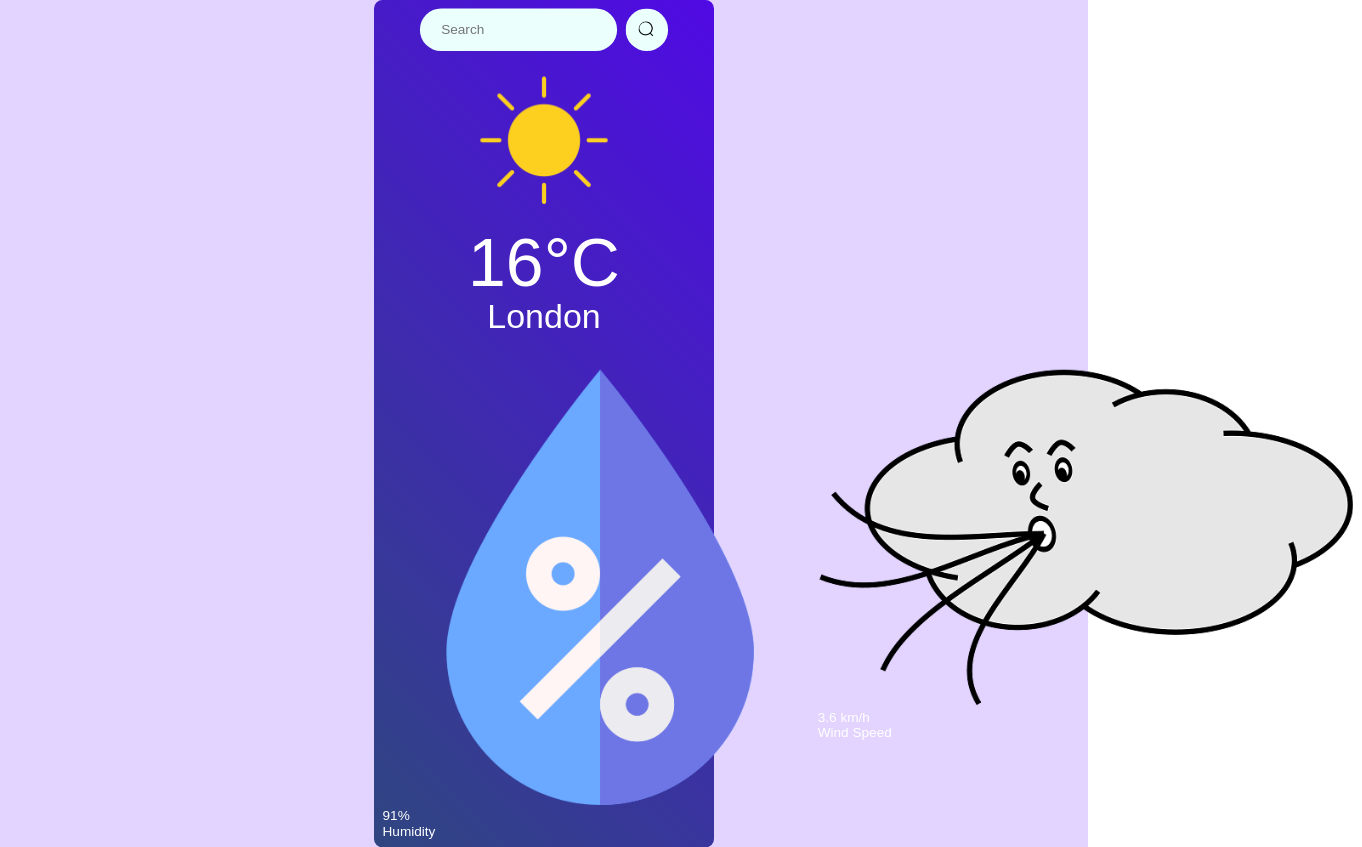
Repository: wakoya-tech/wheather-app
Page: /
An editor plug-in stored every save of this project. The page is shown before and after the next save, followed by the edit.
The browser window is 1280 px wide. The page is 1592 px wide, then 1602 px, so the pictures cover 1602 px, including what lies to the right of the window. The pictures show the whole page, at 85% of full size.
The project was rebuilt for these pictures with package versions that can differ from the ones it lists, and the page was loaded fresh each time. Also part of the build but not shown: vite.config.js, src/App.css.

Above is the page before, as saved 2025-10-18 21:28:56.

After the next save:
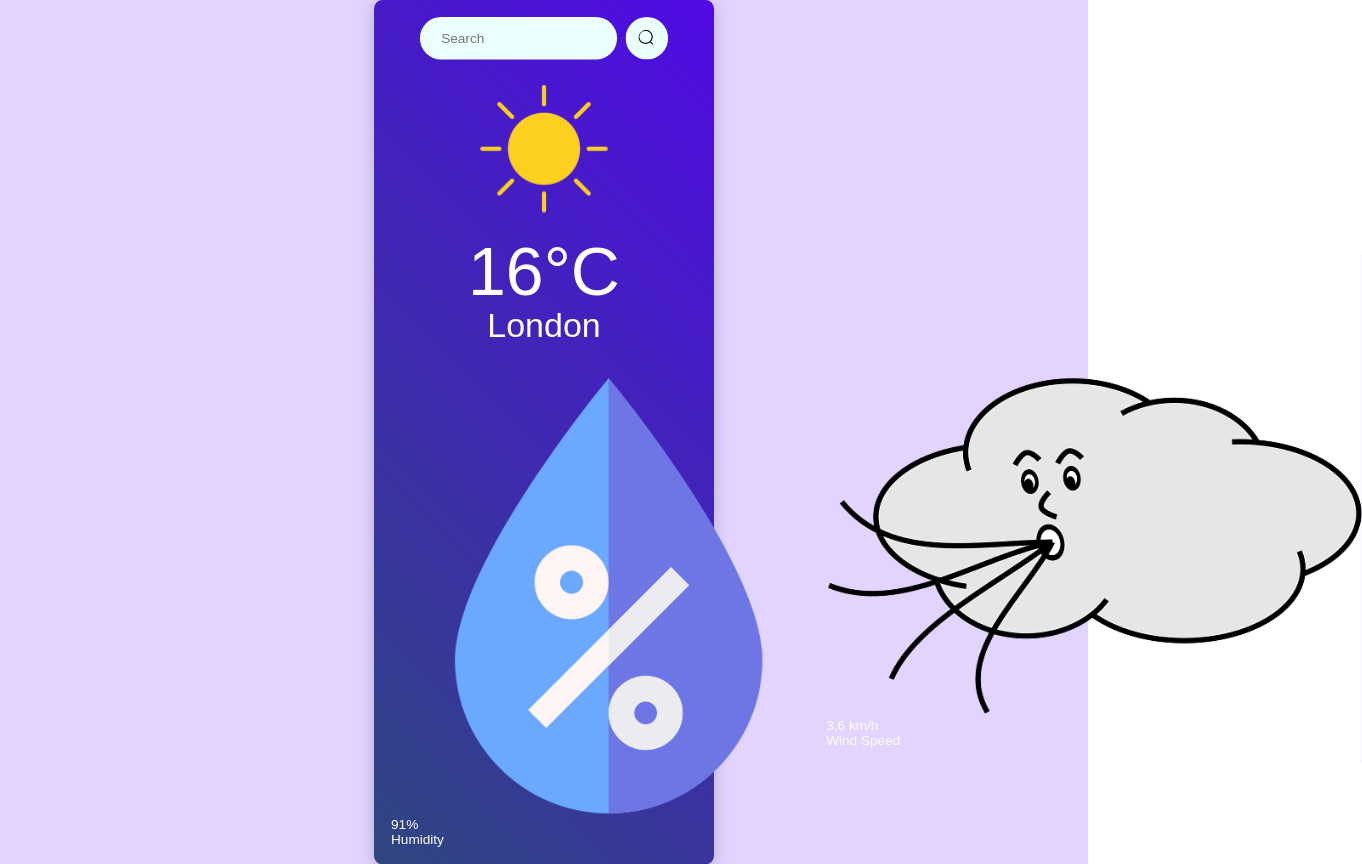
Saved 26 s later.
--- a/src/Components/Weather.css
+++ b/src/Components/Weather.css
@@ -1,14 +1,14 @@
 .weather{
     max-width: 400px;
     width: 90%;
-place-self: center;
-padding: 10px;
-border-radius: 10px;
-background-image: linear-gradient(45deg,#2f4680,#500ae4);
-display: flex;
-flex-direction: column;
-align-items: center;
-
+    place-self: center;
+    padding: 20px;
+    border-radius: 10px;
+    background-image: linear-gradient(45deg, #2f4680, #500ae4);
+    display: flex;
+    flex-direction: column;
+    align-items: center;
+    box-shadow: 0 4px 20px rgba(0, 0, 0, 0.2);
 
 }
 .search-bar{
